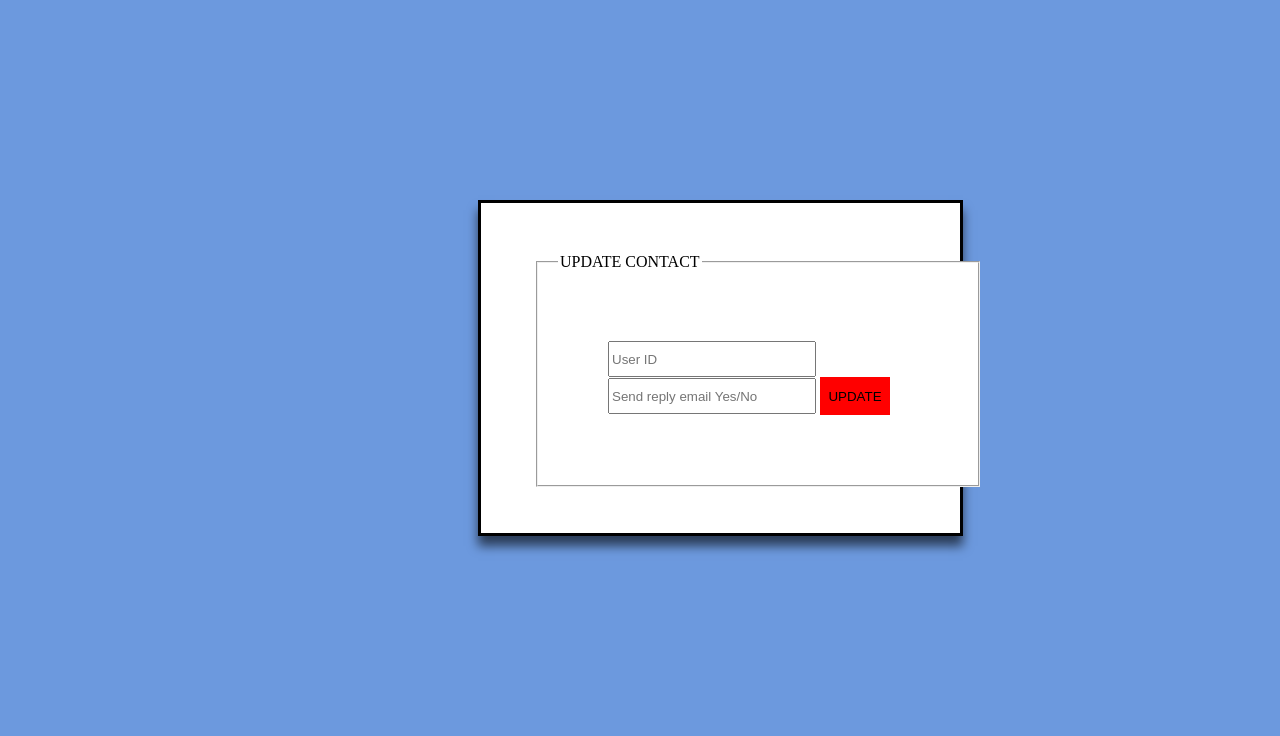
Repository: Nihara-R/Vehicle-Insurance-Portal
Page: http://localhost/updatecontact.php
An editor plug-in stored every save of this project. The page is shown before and after the next save, followed by the edit.
The browser window is 1280 px wide. The pictures show the whole page.
The page is run by PHP 8.4 with error messages shown; the project is at /var/www/html/.

Above is the page before, as saved 2023-06-29 10:31:57.

After the next save:
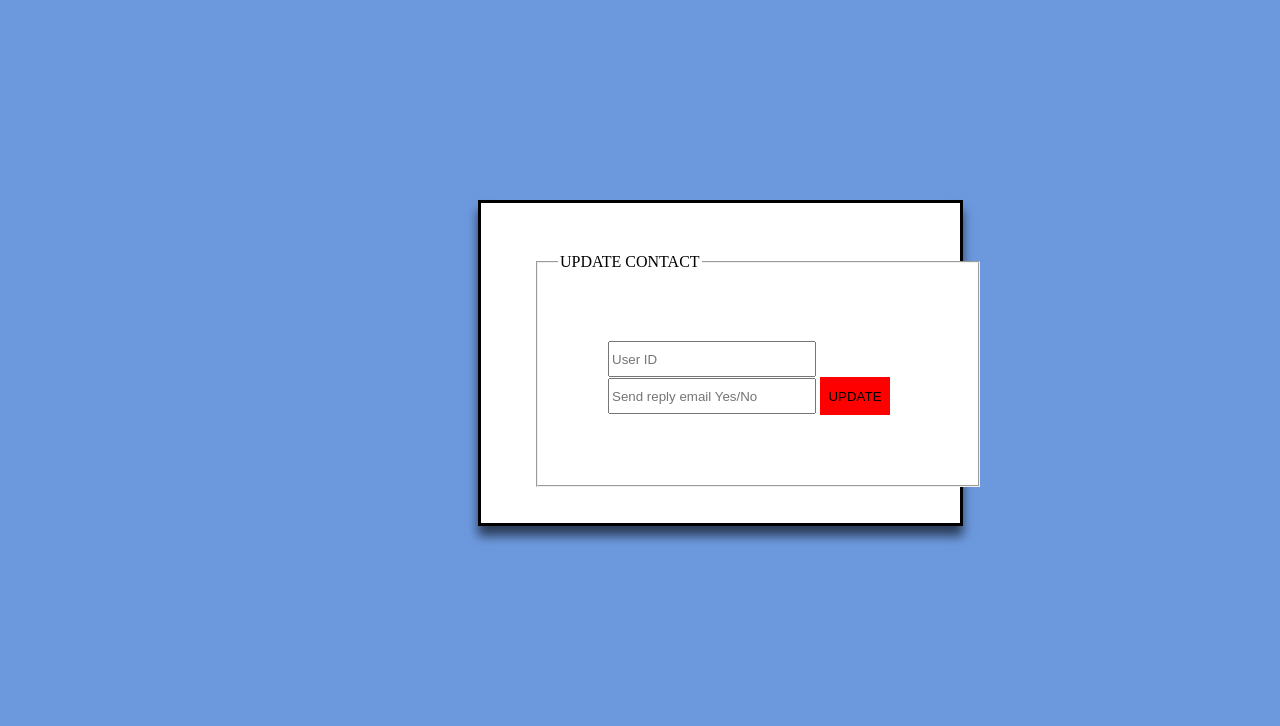
Saved 2 min 11 s later.
--- a/css/deletuser.css
+++ b/css/deletuser.css
@@ -18,7 +18,7 @@ margin: 50px;
   margin: 200px;
   margin-left: 470px;
   padding: 50px;
-  height: 230px;
+  height: 220px;
   border: 3px solid black;
   background-color: white;
   box-shadow: 0 10px 10px rgba(0,0, 0, 0.60);
